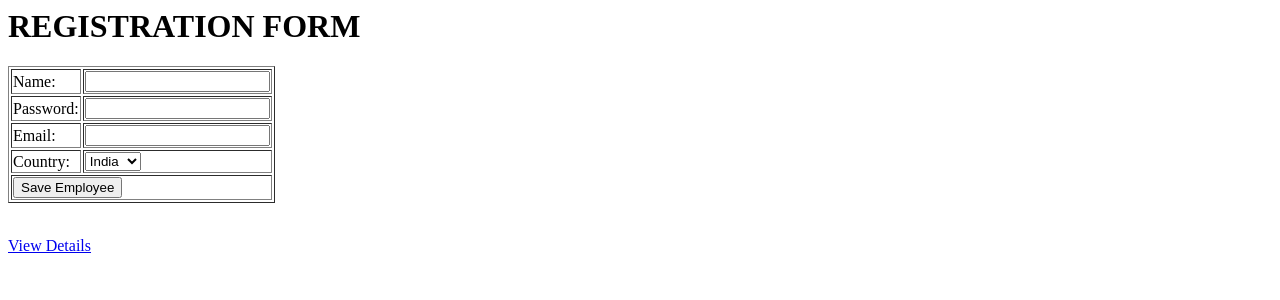
Repository: ErNitesh-d/java-program
Page: JAVA PROJECTS/New_Servl/WebContent/register.html
An editor plug-in stored every save of this project. The page is shown before and after the next save, followed by the edit.
The browser window is 1280 px wide. The pictures show the whole page.

Above is the page before, as saved 2022-09-30 16:04:07.

After the next save:
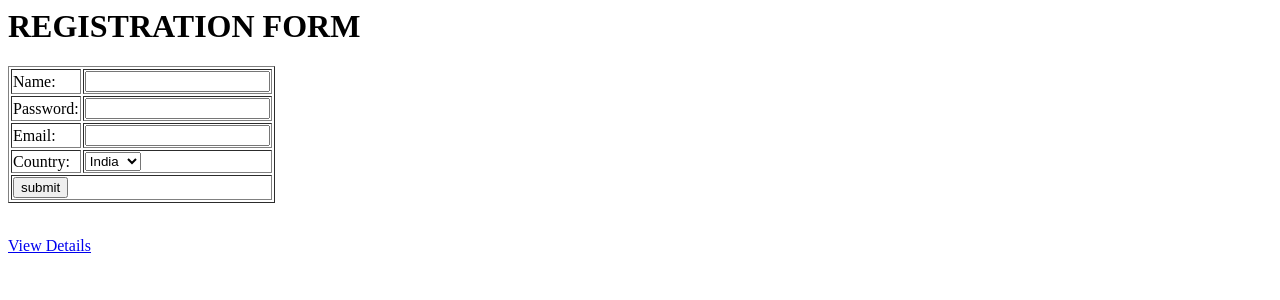
Saved 18 s later.
--- a/JAVA PROJECTS/New_Servl/WebContent/register.html
+++ b/JAVA PROJECTS/New_Servl/WebContent/register.html
@@ -31,7 +31,7 @@
  </td>
  </tr>
  <tr>
- 	<td colspan="2"><input type="submit" value="Save Employee"/></td>
+ 	<td colspan="2"><input type="submit" value="submit"/></td>
  </tr>
  </table>
  </form>
